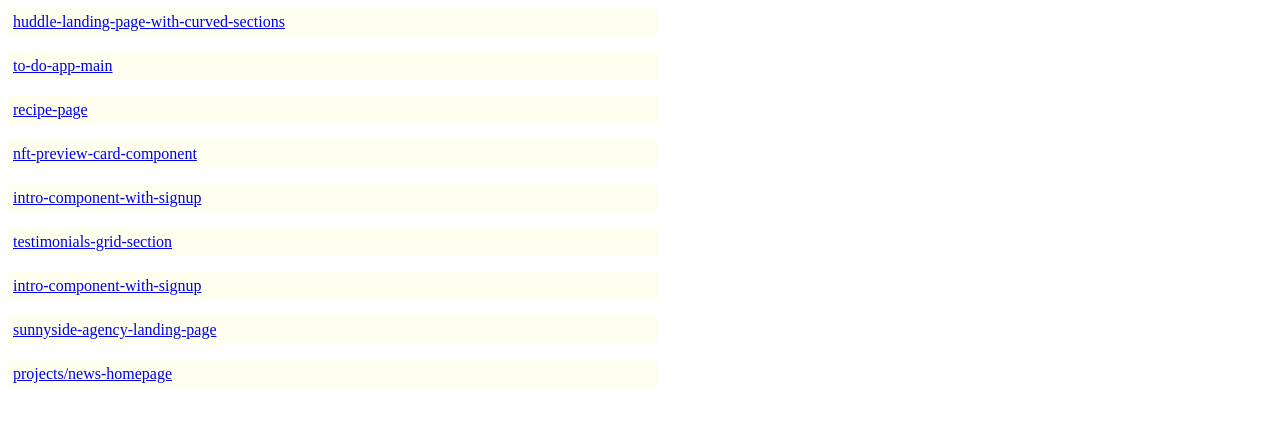
Repository: nivrii/links
Page: links.html
These files come from the project's save history. The page is drawn as it stood at one moment and after the next save; the edit follows.
The browser window is 1280 px wide. The pictures show the whole page.

Above is the page before, as saved 2024-07-06 20:55:53.

### links.html
<!DOCTYPE html>
<html lang="en">
  <head>
    <meta charset="UTF-8" />
    <meta name="viewport" content="width=device-width, initial-scale=1.0" />
    <title>Links</title>
    <style>
      body {
        display: flex;
        flex-direction: column;
        gap: 1rem;
      }
      a {
        display: block;
        padding: 5px;
        background-color: ivory;
        width: 50vw;
      }
    </style>
  </head>
  <body>
    <a
      href="https://vercel.com/nivriis-projects/huddle-landing-page-with-curved-sections"
      target="_blank"
      >huddle-landing-page-with-curved-sections</a
    >
    <a href="https://vercel.com/nivriis-projects/to-do-app-main" target="_blank"
      >to-do-app-main</a
    >
    <a
      href="https://vercel.com/nivriis-projects/recipe-page-main"
      target="_blank"
      >recipe-page</a
    >
    <a
      href="https://vercel.com/nivriis-projects/nft-preview-card-component-z343"
      target="_blank"
      >nft-preview-card-component</a
    >
    <a
      href="https://vercel.com/nivriis-projects/intro-component-with-signup-s7dc"
      target="_blank"
      >intro-component-with-signup</a
    >
    <a
      href="https://vercel.com/nivriis-projects/testimonials-grid-section-main-zbqa"
      target="_blank"
      >testimonials-grid-section</a
    >
    <a
      href="https://vercel.com/nivriis-projects/intro-component-with-signup-njci-bte5"
      target="_blank"
      >intro-component-with-signup</a
    >
    <a
      href="https://vercel.com/nivriis-projects/sunnyside-agency-landing-page-main-hpgz"
      target="_blank"
      >sunnyside-agency-landing-page</a
    >
    <a
      href="https://vercel.com/nivriis-projects/news-homepage-main-uwcz"
      target="_blank"
      >projects/news-homepage</a
    >
  </body>
</html>

After the next save:
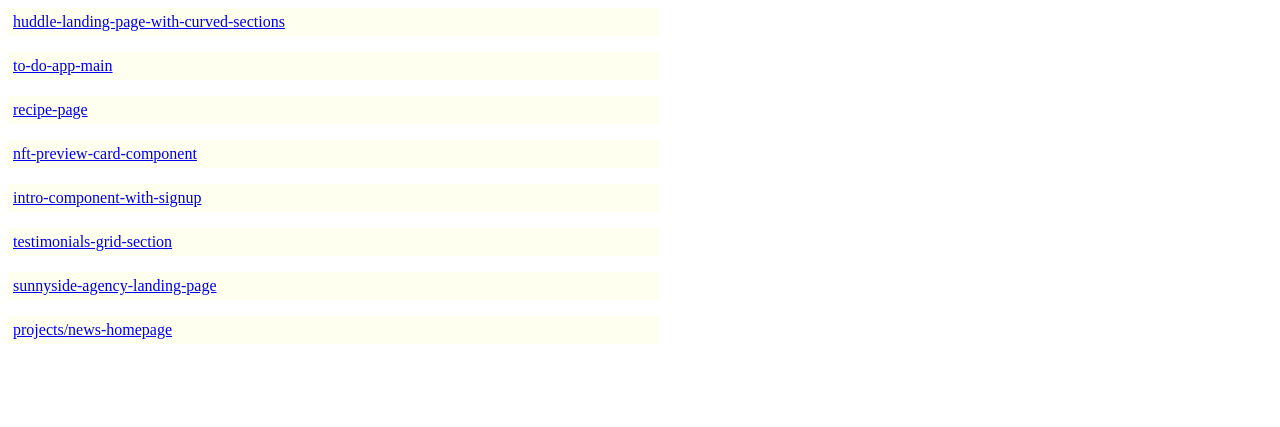
Saved 5 min 18 s later.
--- a/links.html
+++ b/links.html
@@ -20,45 +20,40 @@
   </head>
   <body>
     <a
-      href="https://vercel.com/nivriis-projects/huddle-landing-page-with-curved-sections"
+      href="https://huddle-landing-page-with-curved-sections-delta.vercel.app/"
       target="_blank"
       >huddle-landing-page-with-curved-sections</a
     >
-    <a href="https://vercel.com/nivriis-projects/to-do-app-main" target="_blank"
+    <a href="https://to-do-app-main-one.vercel.app/" target="_blank"
       >to-do-app-main</a
     >
     <a
-      href="https://vercel.com/nivriis-projects/recipe-page-main"
+      href="https://recipe-page-main-eight-flame.vercel.app/"
       target="_blank"
       >recipe-page</a
     >
     <a
-      href="https://vercel.com/nivriis-projects/nft-preview-card-component-z343"
+      href="https://nft-preview-card-component-theta-opal.vercel.app/"
       target="_blank"
       >nft-preview-card-component</a
     >
     <a
-      href="https://vercel.com/nivriis-projects/intro-component-with-signup-s7dc"
+      href="https://nft-preview-card-component-theta-opal.vercel.app/"
       target="_blank"
       >intro-component-with-signup</a
     >
     <a
-      href="https://vercel.com/nivriis-projects/testimonials-grid-section-main-zbqa"
+      href="https://testimonials-grid-section-main-smoky.vercel.app/"
       target="_blank"
       >testimonials-grid-section</a
     >
     <a
-      href="https://vercel.com/nivriis-projects/intro-component-with-signup-njci-bte5"
-      target="_blank"
-      >intro-component-with-signup</a
-    >
-    <a
-      href="https://vercel.com/nivriis-projects/sunnyside-agency-landing-page-main-hpgz"
+      href="https://nft-preview-card-component-theta-opal.vercel.app/"
       target="_blank"
       >sunnyside-agency-landing-page</a
     >
     <a
-      href="https://vercel.com/nivriis-projects/news-homepage-main-uwcz"
+      href="https://nft-preview-card-component-theta-opal.vercel.app/"
       target="_blank"
       >projects/news-homepage</a
     >
